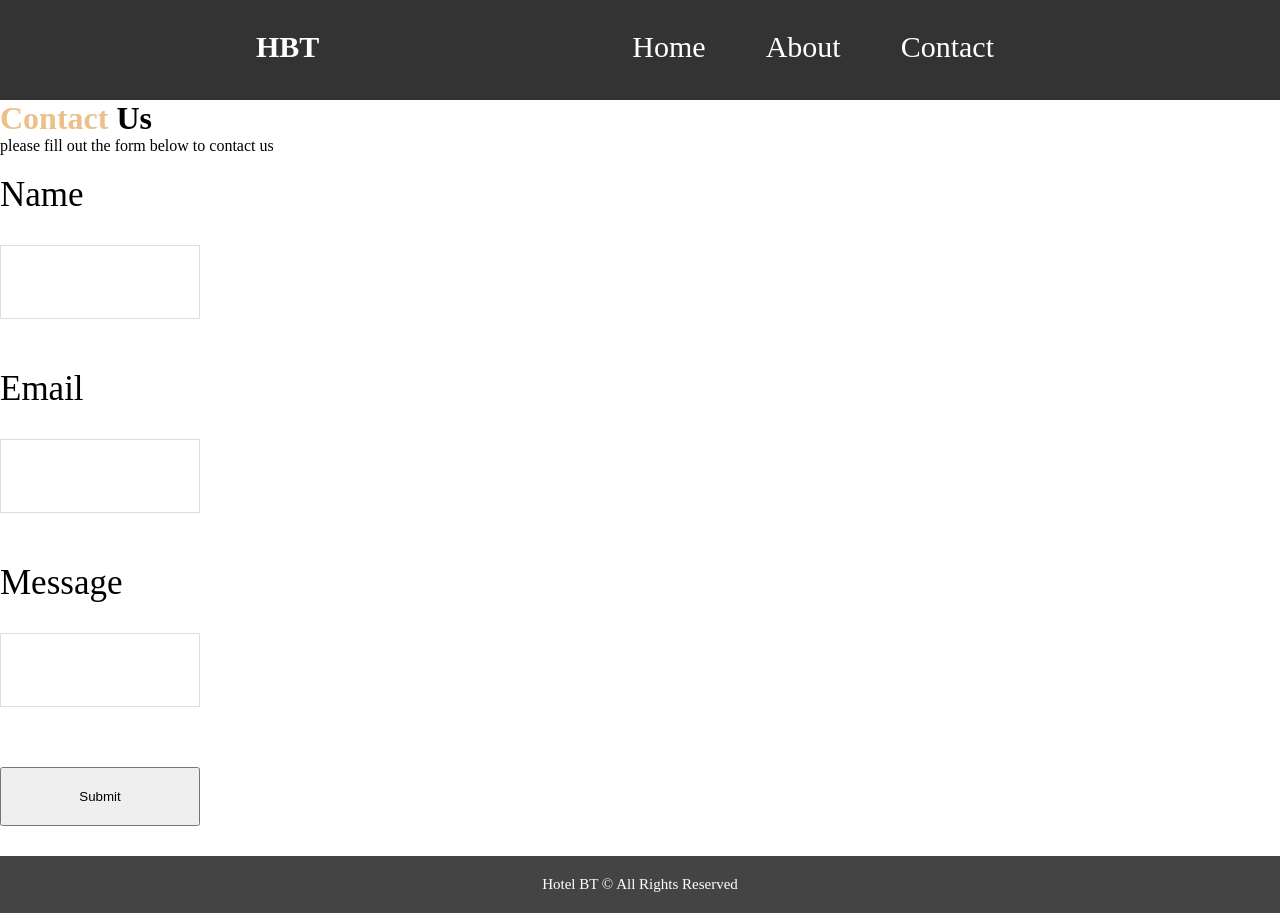
Repository: reemoon-ctrl/hotel-website
Page: 35 - hotel-website/contact.html
These files come from the project's save history. The page is drawn as it stood at one moment and after a run of saves; the edit follows.
The browser window is 1280 px wide. The pictures show the whole page.

Above is the page before, as saved 2024-07-22 09:43:27.

### 35 - hotel-website/contact.html
<!DOCTYPE html>
<html lang="en">
<head>
    <meta charset="UTF-8">
    <meta name="viewport" content="width=device-width, initial-scale=1.0">
    <title>HBT | Hotel Website</title>
    <link rel="stylesheet" href="index.css"/>
</head>
<body>
    <header>
        <ul class="nav-bar">
            <li class="title"><a href="index.html">HBT</a></li>
            <div class="bag-nav-row" >
            <li class="bag-nav"><a href=" ">Contact</a></li>
            <li class="bag-nav"><a href="">About</a></li>
            <li class="bag-nav"><a href="index.html">Home</a></li>
            </div>
        </ul>
    </header>

    <main>
        <div>
            <form action="#">
                <h1><span class="fword">Contact </span>Us</h1>
                <p>please fill out the form below to contact us</p>
                <div class="form-label">
                    <label for="name">Name</label>
                    <input type="text">

                </div>
                <div class="form-label">
                    <label for="Email">Email</label>
                    <input type="text">
                </div>
                <div class="form-label">
                    <label for="Message">Message</label>
                    <input type="text">

                </div>
                <input type="submit">
            </form>
        </div>

    </main>

    <footer>
        <p>Hotel BT &copy; All Rights Reserved</p>

    </footer>

</body>
</html>

### 35 - hotel-website/index.css
*{
    padding: 0px;
    margin: 0px;
    box-sizing: border-box;

}
.nav-bar{
    list-style:none;
    overflow: auto;
    /* clear:both; */
    background: #333333;
    font-size: 20px;
    text-align: center;
    height: 100px;

}

.bag-nav-row{
    margin-right: 20%;
}
.title{
    float: left;
    margin-left: 20%;
    font-weight: bold;
    font-size:30px ;

    text-align: center;
    padding:30px 0px;

}
.title  a{
    text-decoration: none;
    color:#fff
}


.bag-nav{
    float: right;
    font-size: 30px;

}
.bag-nav-row li a{
    text-decoration: none;
    padding: 30px 30px 30px 30px;
    display: inline-block;
    color: #fff;
}

.bag-nav-row li a:hover{
    background: #444444;
    color:#ecc08a;
}
.bag-nav-row li a:active{
    background: #444444;
    color:#ecc08a;
}


.mainheader{
     background-image: url("img/showcase.jpg")  ;
   /* background-size:cover;


    height: 600px; */


  background-color: #cccccc;
  height: 600px;
  background-position: center;
  background-repeat: no-repeat;
  background-size: cover;
  position: relative;
}
.mainheadertxt{
    margin: auto;
    top:50%;
    position:relative;
    text-align: center;
    /* margin-top: 20px; */
    color:#fff;
}
.mainheadertxt h3{
    font-size:xx-large;

}

.mainheadertxt p{
    margin:20px;
}
.mainheadertxt a{
    position:relative;
    display: block;
    width: fit-content;
    background: #444444;
    text-decoration:none ;
    color: #fff;
    top:50%;
    margin:auto;


    padding: 20px;
}
.fword{
    color:#ecc08a
}
.main-content{
    width:100%;
    height:300px;
    overflow: auto;
    background: #444444;
    color: #fff;
}
.hotelimg{
    width:50%;
    float:left;
    height:300px;

}
.hotel-disc{
    width:50%;
    float:right;
    text-align: center;
    /* margin-top:px; */
    line-height: 1.5;
    padding:20px;

}
.hotel-disc h3{
    font-size: xx-large;
    margin-bottom: 20px;
}
.hotel-disc a{
    position:relative;
    display: block;
    width: fit-content;

    text-decoration:none ;
    color: #333333;
    padding: 15px;
    margin:auto;
    margin-top: 20px;
    background: #fff;

}

.aside-bar{
    height: 300px;
    overflow: auto;
    clear:both;

}
.ul{
    list-style: none;
    text-align: center;
    margin:auto;
    height:300px;
}
.fli{
    padding: 60px;
    margin: auto;
    float: left;
    width:33%;
    height: 300px;
    padding: 90px 20px;
}
.fli h4{
    font-size: 25px;
    margin-bottom: 20px;
}
.sli h4{
    font-size: 25px;
    margin-bottom: 20px;
}
.thli h4{
    font-size: 25px;
    margin-bottom: 20px;
}
.sli{
    float:left;
    width:33%;
    background-color:#ecc08a;
    height: 300px;
    padding: 90px 20px;

}
.thli{
    float:right;
    width:33%;
    height: 300px;
    margin: auto;
    height: 300px;
    padding: 90px 20px;
}

footer p{
    text-align: center;
    font-size: 15px;
    color: #fff;
    background: #444444;
    padding: 20px;
}
/* ///////////////about website////////////////// */
.s-header{
    overflow: auto;
    clear: both;
    margin: auto;
    margin: 50px 20%;
    /* height: 500px; */
}
.header-content{
    float:left;
    width:40%;

}
.header-content h1{
    font-size: 50px;
}
.header-content p{
    font-size: 28px;
    margin-top: 20px;
    line-height: 1.3;
}
.hotel-img2{
    height:400px;
    width: 40%;
    float: right;
    border-radius:50%;
}
.comment{
    overflow: auto;
    background:#ecc08a;
    margin: 20px 20%;
    border-radius: 20px;

}
.aside-content{
    background-image: url(img/test-bg.jpg) ;
    background-color: #cccccc;
    height:900px;
    background-position: center;
    background-repeat: no-repeat;
    background-size: cover;
    position: relative;
    width: 100%;



}
.aside-content h1{
    margin: 20px 20%;
    text-align: center;
    color: #FFF;
    font-size: 50px;
    padding-top: 100px;
    padding-bottom: 50px;

}
.comment img{
    padding-top: 30px;
width:200px ;
height:200px ;
border-radius: 200px;
float: left;
padding-right: 20px;
padding-left: 20px;
margin-bottom: 50px;
}
.comment p{
padding-top: 70px;
font-size: 28px;
color: #333333;


}
/* ///////////////about style///////////// */
.form-label label{
    display: block;

}
.form-label input{
    width:100%;
    padding:10px;
    font-size: 28px;
    border:#ddd solid 1px;

}
.form-label{
    font-size: 35px;
    margin-top: 20px ;
}
form input:last-child{
 padding: 20px;
 text-align: center;
 width:200px;
 cursor: pointer;
 margin: 30px 0px;

}

After the next 2 saves:
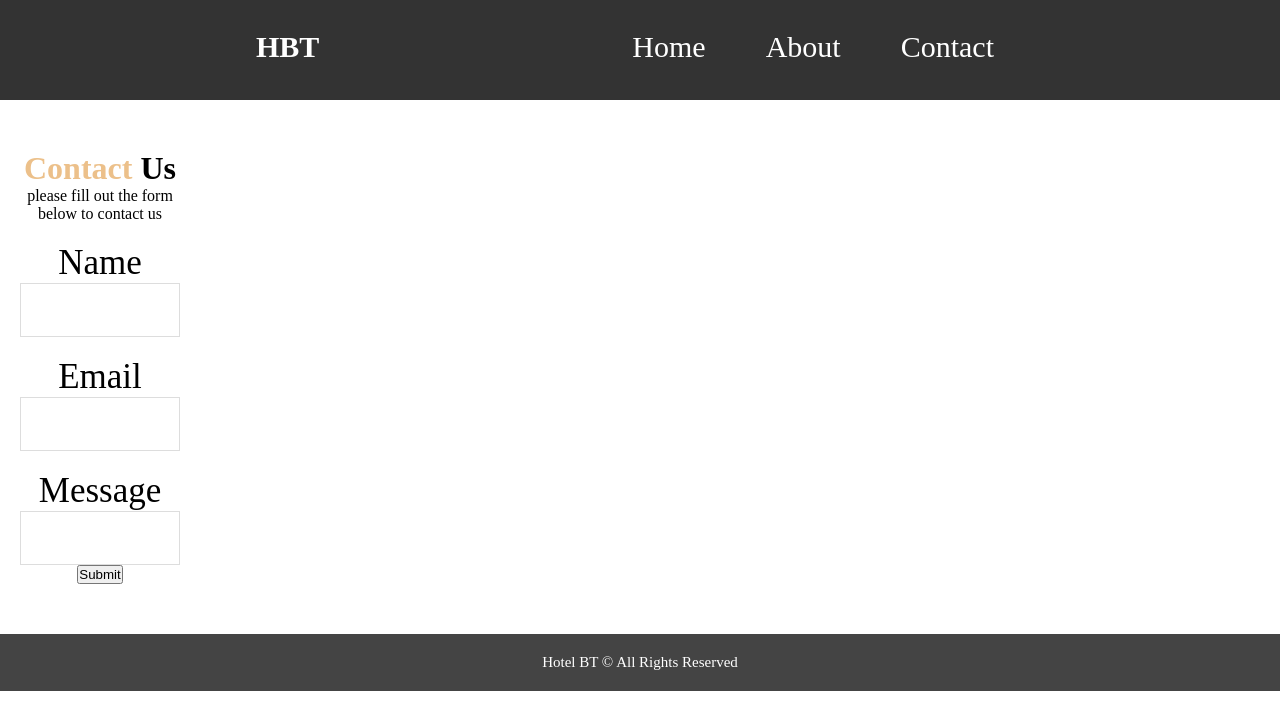
The 2 saves are shown as one change because they came seconds apart.
The last was saved 20 s later.
--- a/35 - hotel-website/index.css
+++ b/35 - hotel-website/index.css
@@ -288,7 +288,7 @@ color: #333333;
     font-size: 35px;
     margin-top: 20px ;
 }
-form input:last-child{
+form:last-child{
  padding: 20px;
  text-align: center;
  width:200px;

After the save that followed:
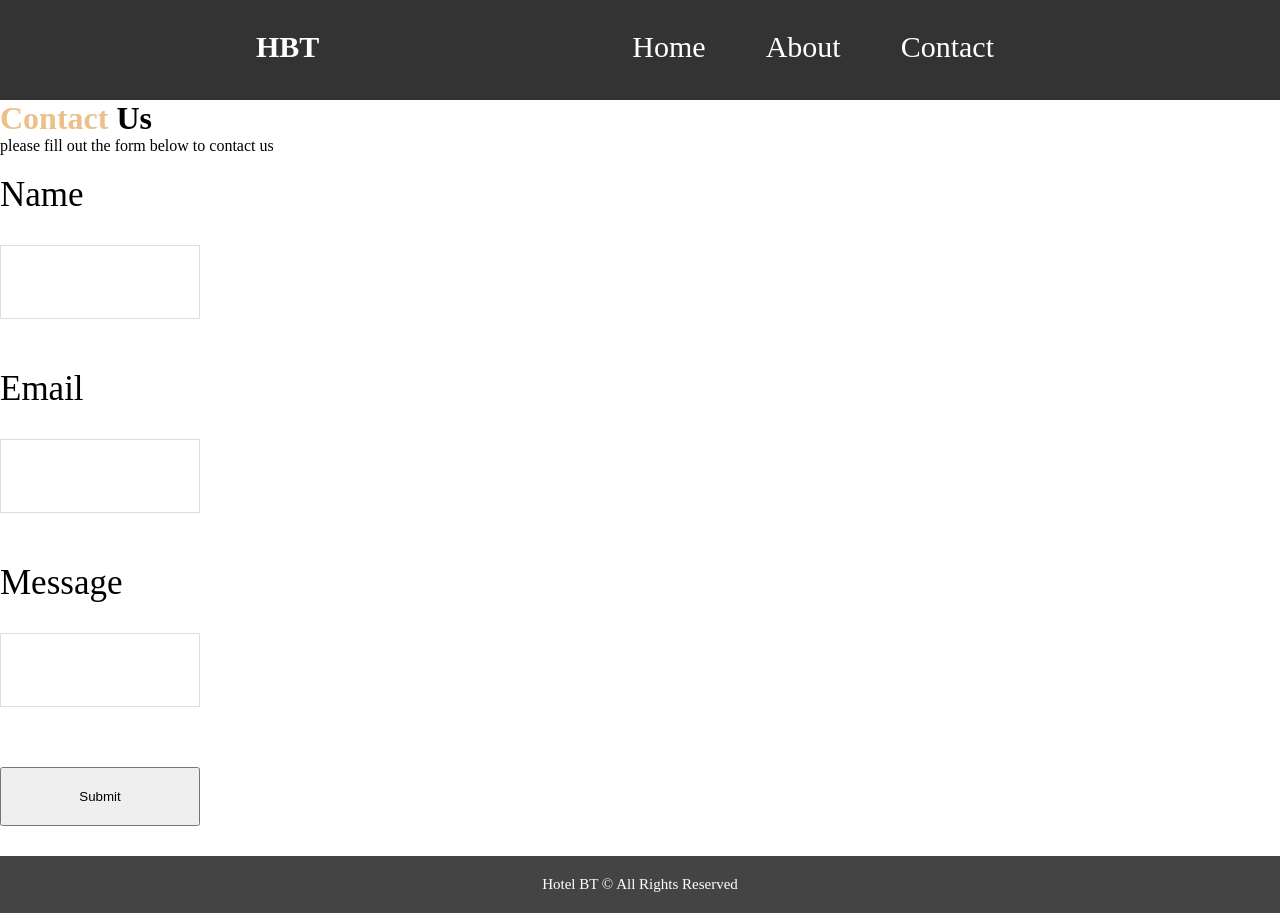
Saved 7 s later.
--- a/35 - hotel-website/index.css
+++ b/35 - hotel-website/index.css
@@ -288,7 +288,7 @@ color: #333333;
     font-size: 35px;
     margin-top: 20px ;
 }
-form:last-child{
+form input:last-child{
  padding: 20px;
  text-align: center;
  width:200px;
